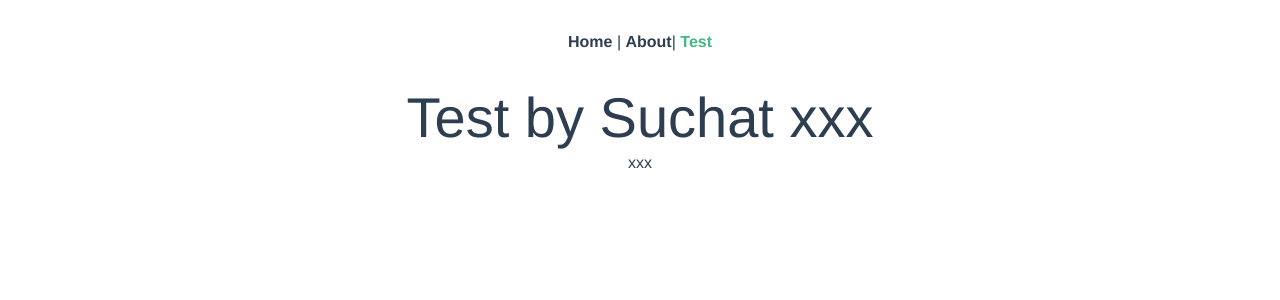
Repository: ossuchas/tableau-web-vue
Page: /test
The author's editor kept a copy of each file at every save. The page is drawn from the files as they stood at one save, then again after the next save.
The browser window is 1280 px wide. The pictures show the whole page.
Some web libraries are served in a nearby version. The project was rebuilt for these pictures with package versions that can differ from the ones it lists, and the page was loaded fresh each time. Also part of the build but not shown: vue.config.js, src/components/HelloWorld.vue, src/views/Home.vue.

Above is the page before, as saved 2020-04-11 05:49:15.

### public/index.html
<!DOCTYPE html>
<html lang="en">
  <head>
    <meta charset="utf-8">
    <meta http-equiv="X-UA-Compatible" content="IE=edge">
    <meta name="viewport" content="width=device-width,initial-scale=1.0">
    <link rel="icon" href="<%= BASE_URL %>favicon.ico">
    <link rel="stylesheet" href="https://cdnjs.cloudflare.com/ajax/libs/font-awesome/5.13.0/css/all.min.css">
    <title>AP Tableau Web View</title>
  </head>
  <body>
    <noscript>
      <strong>We're sorry but <%= htmlWebpackPlugin.options.title %> doesn't work properly without JavaScript enabled. Please enable it to continue.</strong>
    </noscript>
    <div id="app"></div>
    <!-- built files will be auto injected -->
  </body>
</html>

### src/main.js
import Vue from 'vue'
import App from './App.vue'
import router from './router'
import store from './store'

import 'bootstrap'
import 'bootstrap/dist/css/bootstrap.min.css'

Vue.config.productionTip = false
console.log(process.env.VUE_APP_URL)

new Vue({
  router,
  store,
  render: h => h(App)
}).$mount('#app')

### src/App.vue
<template>
  <div id="app">
    <div id="nav">
      <router-link to="/">Home</router-link> |
      <router-link to="/about">About</router-link>|
      <router-link to="/test">Test</router-link>
    </div>
    <router-view/>
  </div>
</template>

<style>
#app {
  font-family: Avenir, Helvetica, Arial, sans-serif;
  -webkit-font-smoothing: antialiased;
  -moz-osx-font-smoothing: grayscale;
  text-align: center;
  color: #2c3e50;
}

#nav {
  padding: 30px;
}

#nav a {
  font-weight: bold;
  color: #2c3e50;
}

#nav a.router-link-exact-active {
  color: #42b983;
}
</style>

### src/router/index.js
import Vue from 'vue'
import VueRouter from 'vue-router'
import Home from '../views/Home.vue'
import Test from '../components/Test.vue'

Vue.use(VueRouter)

  const routes = [
  {
    path: '/',
    name: 'Home',
    component: Home
  },
  {
    path: '/about',
    name: 'About',
    // route level code-splitting
    // this generates a separate chunk (about.[hash].js) for this route
    // which is lazy-loaded when the route is visited.
    component: () => import(/* webpackChunkName: "about" */ '../views/About.vue')
  },
  {
    path: '/test',
    name: 'Test',
    component: Test
  }
]

const router = new VueRouter({
  mode: 'history',
  base: process.env.BASE_URL,
  routes
})

export default router

### src/components/Test.vue
<template>
    <div class="container">
        <div class="display-4 text-center">Test by Suchat {{info}}</div>
        <p>{{ info }}</p>
    </div>
</template>

<script>
export default {
   name: 'Test',
   data() {
       return {
           info: 'xxx',
           url: process.env.VUE_APP_URL
       }
   },
   mounted() {
       console.log('kai :: ' + process.env.VUE_APP_URL)
   }
}
</script>

<style scoped>

</style>

Loaded but not shown: src/store/index.js (common file)

After the next save:
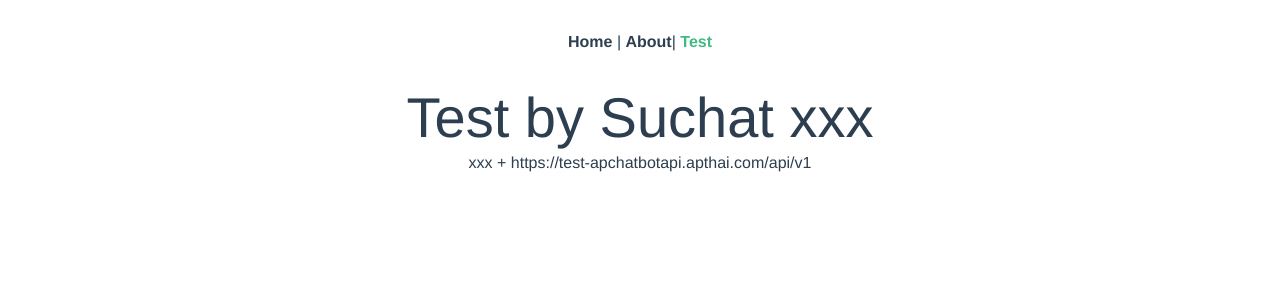
Saved 10 s later.
--- a/src/components/Test.vue
+++ b/src/components/Test.vue
@@ -1,7 +1,7 @@
 <template>
     <div class="container">
         <div class="display-4 text-center">Test by Suchat {{info}}</div>
-        <p>{{ info }}</p>
+        <p>{{ info }} + {{ url }}</p>
     </div>
 </template>
 
